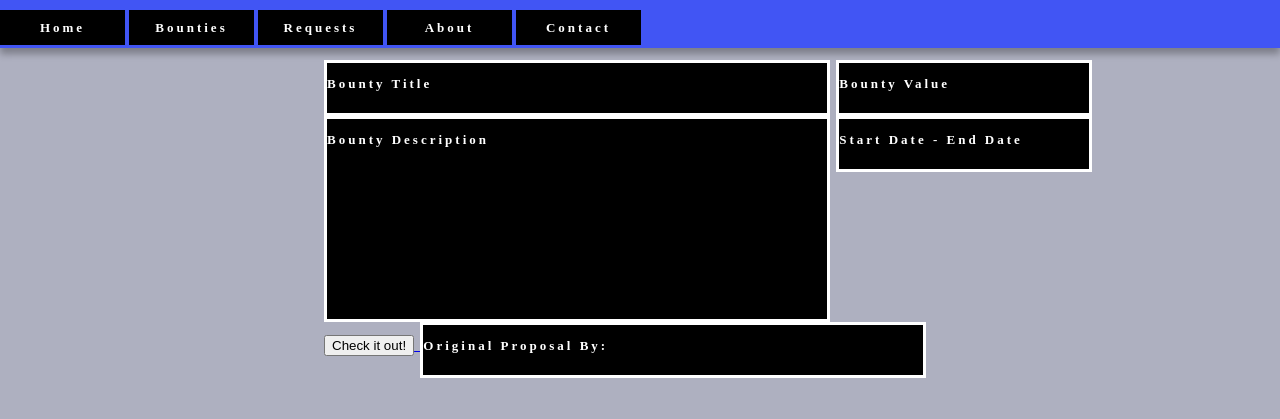
Repository: mailog/Tomorrow
Page: http://localhost/bounties
An editor plug-in stored every save of this project. The page is shown before and after the next save, followed by the edit.
The browser window is 1280 px wide. The pictures show the whole page.
The page is this project's Thymeleaf template; nobody is signed in. The template is opened directly, without the code that normally fills it, so the values that code supplies are empty.

Above is the page before, as saved 2017-07-27 03:58:23.

After the next save:
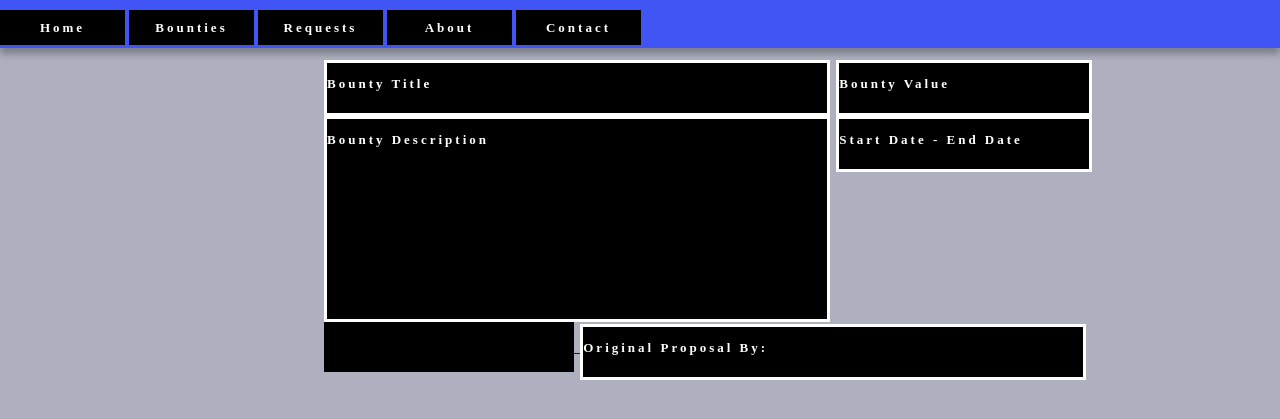
Saved 7 s later.
--- a/Tomorrow/src/main/resources/static/css/bounties.css
+++ b/Tomorrow/src/main/resources/static/css/bounties.css
@@ -60,7 +60,11 @@
 
 .bounty_button
 {
-
+	display:inline-block;
+	width: 250px;
+	height:50px;
+	background-color: black;
+	border-style:solid;
 }
 
 .bounty_proposer
